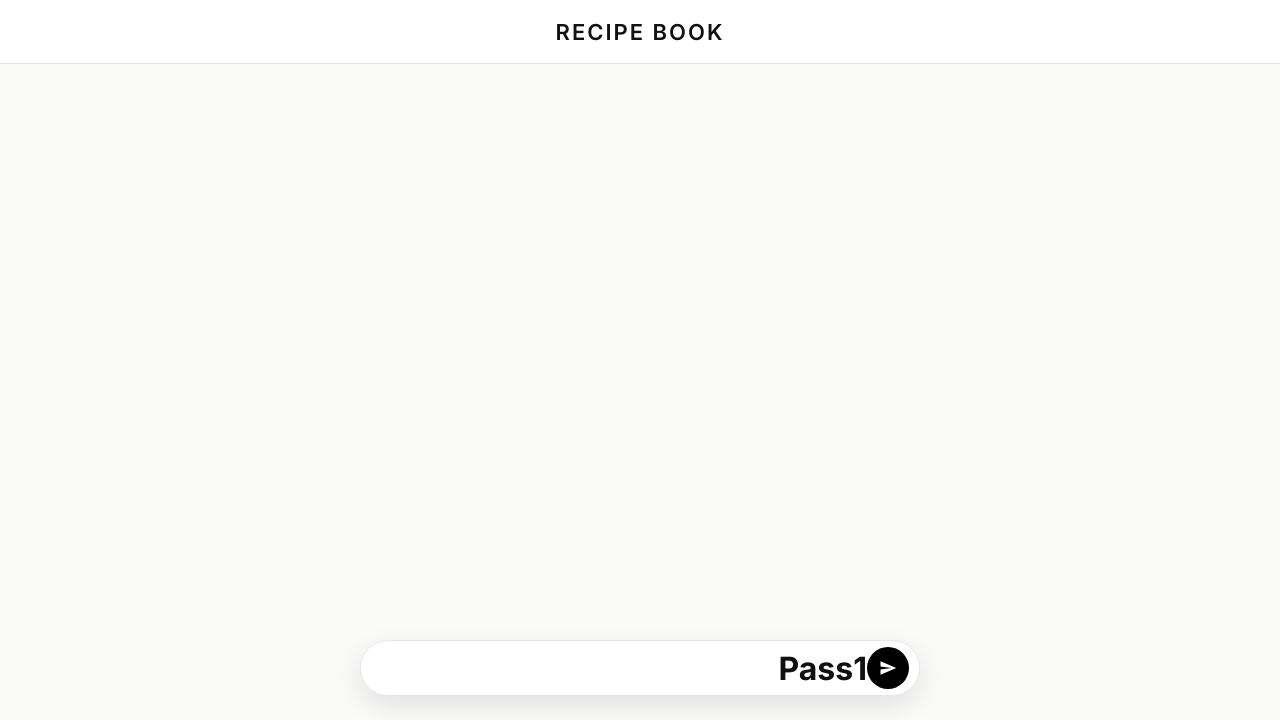
Repository: Tanvir0072309/Recipe-App
Page: /
These files come from the project's save history. The page is drawn as it stood at one moment and after a run of saves; the edit follows.
The browser window is 1280 px wide. The pictures show the whole page.
The project was rebuilt for these pictures with package versions that can differ from the ones it lists, and the page was loaded fresh each time. Also part of the build but not shown: vite.config.js.

Above is the page before, as saved 2026-01-25 14:53:12.

### index.html
<!doctype html>
<html lang="en">
  <head>
    <meta charset="UTF-8" />
    <meta name="viewport" content="width=device-width, initial-scale=1.0" />
    <title>Recipe App</title>
  </head>
  <body>
    <div id="root"></div>
    <script type="module" src="/src/index.jsx"></script>
  </body>
</html>

### src/index.jsx
import React from "react";
import ReactDOM from "react-dom/client";
import { Header } from "./components/header";
import { RecipeInput } from "./components/RecipeInput";
import "./index.css";
import MyMain from "./components/main";

const root = ReactDOM.createRoot(document.getElementById("root"));

root.render(
    <React.StrictMode>
        <Header />
        <MyMain />
    </React.StrictMode>
);

### src/components/header.jsx
import React from "react";
import "../index.css"; // kyunki index.css src me hai

export function Header() {
    return (
        <header className="ai-header">
            <h1 className="app-title">RECIPE BOOK</h1>
        </header>
    );
}

### src/components/RecipeInput.jsx
import { useState, useRef } from "react";
import "../index.css";
import React from "react";

export function RecipeInput({ onAdd }) {
    const [result, setResult] = React.useState(1);
    const [text, setText] = useState("");
    const inputRef = useRef(null);

    const handleSubmit = (e) => {
        e.preventDefault();

        if (text.trim() === "") return;

        onAdd(text);     // ✅ array me ja raha
        setText("");     // ✅ input clear

        inputRef.current.focus(); // ✅ cursor back
    };



    function handleChange() {
        setResult(prvResult => prvResult + 1);
    }

    return (
        <form onSubmit={handleSubmit}>
            <div className="floating-input">
                <input
                    ref={inputRef}
                    type="text"
                    value={text}
                    onChange={(e) => setText(e.target.value)}
                    autoFocus
                />
                <h1>Pass</h1>
                <h1>{result}</h1>
                <button onClick={handleChange} type="submit" aria-label="submit">
                    {/* FIXED ICON */}
                    <svg
                        width="18"
                        height="18"
                        viewBox="0 0 24 24"
                        fill="white"
                    >
                        <path d="M2 21L23 12L2 3V10L17 12L2 14Z" />
                    </svg>
                </button>
            </div>
        </form>
    );
}

### src/index.css
/* ===== GOOGLE FONT ===== */
@import url("https://fonts.googleapis.com/css2?family=Inter:wght@400;500;600;700&display=swap");

/* ===== RESET ===== */
* {
  margin: 0;
  padding: 0;
  box-sizing: border-box;
  font-family: "Inter", system-ui, sans-serif;
}

/* ===== PAGE ===== */
body {
  background: #fafaf8;
  color: #111111;
  min-height: 100vh;
}

/* ===== HEADER ===== */
.ai-header {
  height: 64px;
  width: 100%;
  background: #ffffff;

  display: flex;
  align-items: center;
  justify-content: center;
  gap: 12px;

  border-bottom: 1px solid #e5e7eb;
}

.logo-icon {
  font-size: 20px;
  opacity: 0.85;
}

.app-title {
  font-size: 22px;
  font-weight: 600;
  letter-spacing: 2px;
  text-transform: uppercase;
}

/* ===== FLOATING INPUT ===== */
.floating-input {
  position: fixed;
  bottom: 24px;
  left: 50%;
  transform: translateX(-50%);

  width: min(92%, 560px);
  height: 56px;

  background: #ffffff;
  border: 1px solid #e5e7eb;
  border-radius: 999px;

  display: flex;
  align-items: center;
  padding: 8px 10px 8px 18px;

  box-shadow: 0 12px 32px rgba(0, 0, 0, 0.1);
}

/* ===== INPUT ===== */
.floating-input input {
  flex: 1;
  border: none;
  outline: none;
  font-size: 15px;
  background: transparent;
  color: #111111;
}

/* ===== BUTTON ===== */
.floating-input button {
  width: 42px;
  height: 42px;
  border-radius: 50%;
  border: none;

  background: #000000;
  color: #ffffff;
  font-size: 18px;

  cursor: pointer;
  display: flex;
  align-items: center;
  justify-content: center;
}

.floating-input button:hover {
  opacity: 0.9;
}

/* ===== RECIPE LIST ===== */
/* ===== FLOATING INPUT ===== */
.floating-input {
  position: fixed;
  bottom: 24px;
  left: 50%;
  transform: translateX(-50%);

  width: min(92%, 560px);
  height: 56px;

  background: #ffffff;
  border-radius: 999px;

  display: flex;
  align-items: center;
  padding: 8px 10px 8px 18px;

  box-shadow: 0 10px 28px rgba(0, 0, 0, 0.1);
}

/* ===== INPUT (CURSOR ONLY) ===== */
.floating-input input {
  flex: 1;
  border: none;
  outline: none;
  background: transparent;

  font-size: 15px;
  color: #111111;
  caret-color: #000000;
  /* 👈 cursor line */
}

/* remove default focus styles */
.floating-input input:focus {
  outline: none;
  box-shadow: none;
}

/* ===== BUTTON ===== */
.floating-input button {
  width: 42px;
  height: 42px;
  border-radius: 50%;
  border: none;

  background: #000000;
  cursor: pointer;

  display: flex;
  align-items: center;
  justify-content: center;
}

/* index.css mein check karein */
ul {
  list-style: disc;
  margin: 20px;
  color: black;
  /* Ensure text color is visible */
}

li {
  padding: 10px;
  border-bottom: 1px solid #eee;
}

### src/components/main.jsx
import { useState } from "react";
import { RecipeInput } from "./RecipeInput";
import React from "react";

export default function Main() {
    const [items, setItems] = useState([]);


    const addItem = (value) => {
        setItems((prev) => [...prev, value]);
    };

    return (
        <>
            <div style={{ paddingBottom: "120px" }}>
                <ul>
                    {items.map((item, i) => (
                        <li key={i}>{item}</li>
                    ))}
                </ul>
            </div>

            <RecipeInput onAdd={addItem} />
        </>
    );
}

After the next 2 saves:
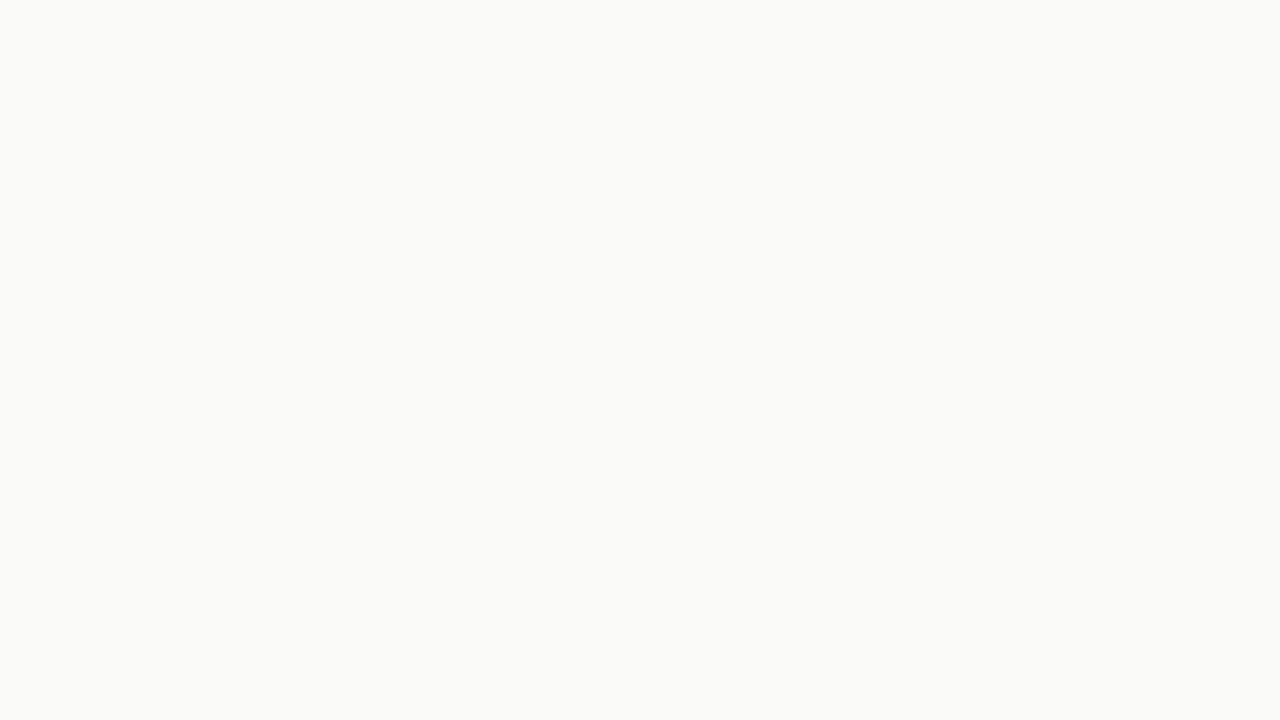
Console error: ReferenceError: fuctuion is not defined
The 2 saves are shown as one change because they came seconds apart.
The last was saved 6 s later.
--- a/src/components/RecipeInput.jsx
+++ b/src/components/RecipeInput.jsx
@@ -18,7 +18,7 @@
         inputRef.current.focus(); // ✅ cursor back
     };
 
-
+fuctuion
 
     function handleChange() {
         setResult(prvResult => prvResult + 1);

After the save that followed:
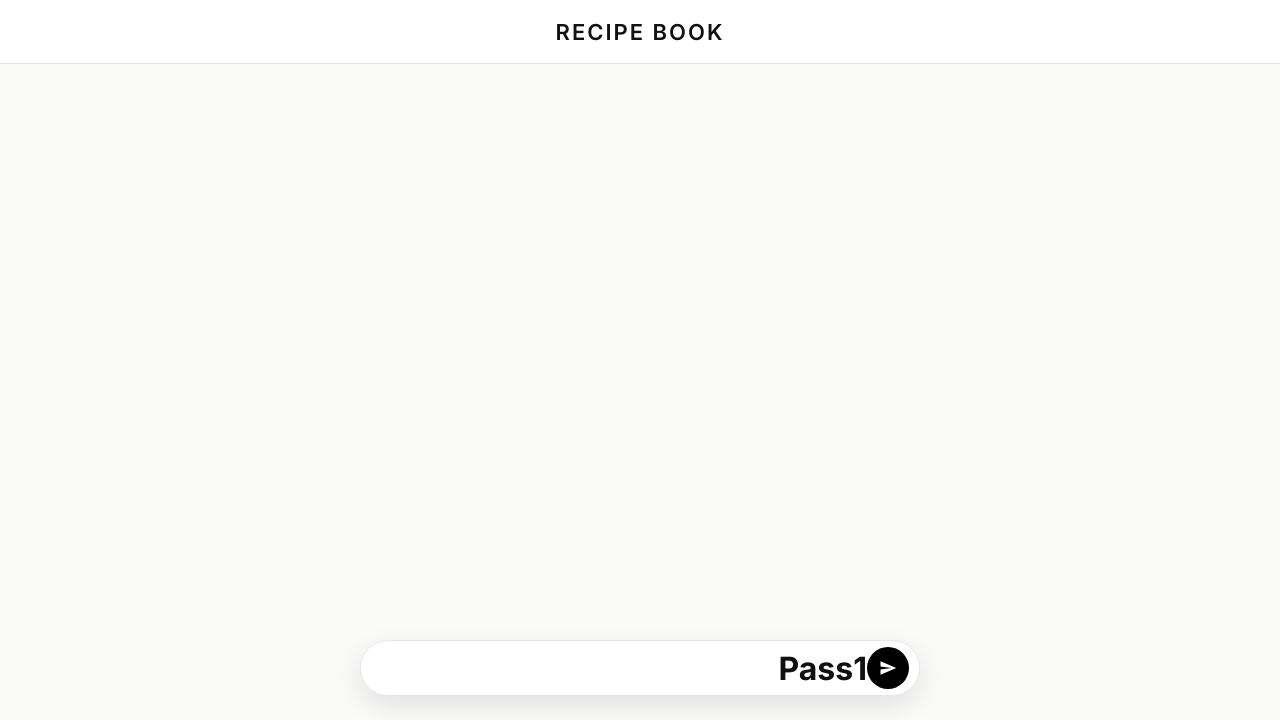
The error is gone.
Saved 8 s later.
--- a/src/components/RecipeInput.jsx
+++ b/src/components/RecipeInput.jsx
@@ -18,7 +18,7 @@
         inputRef.current.focus(); // ✅ cursor back
     };
 
-fuctuion
+
 
     function handleChange() {
         setResult(prvResult => prvResult + 1);
